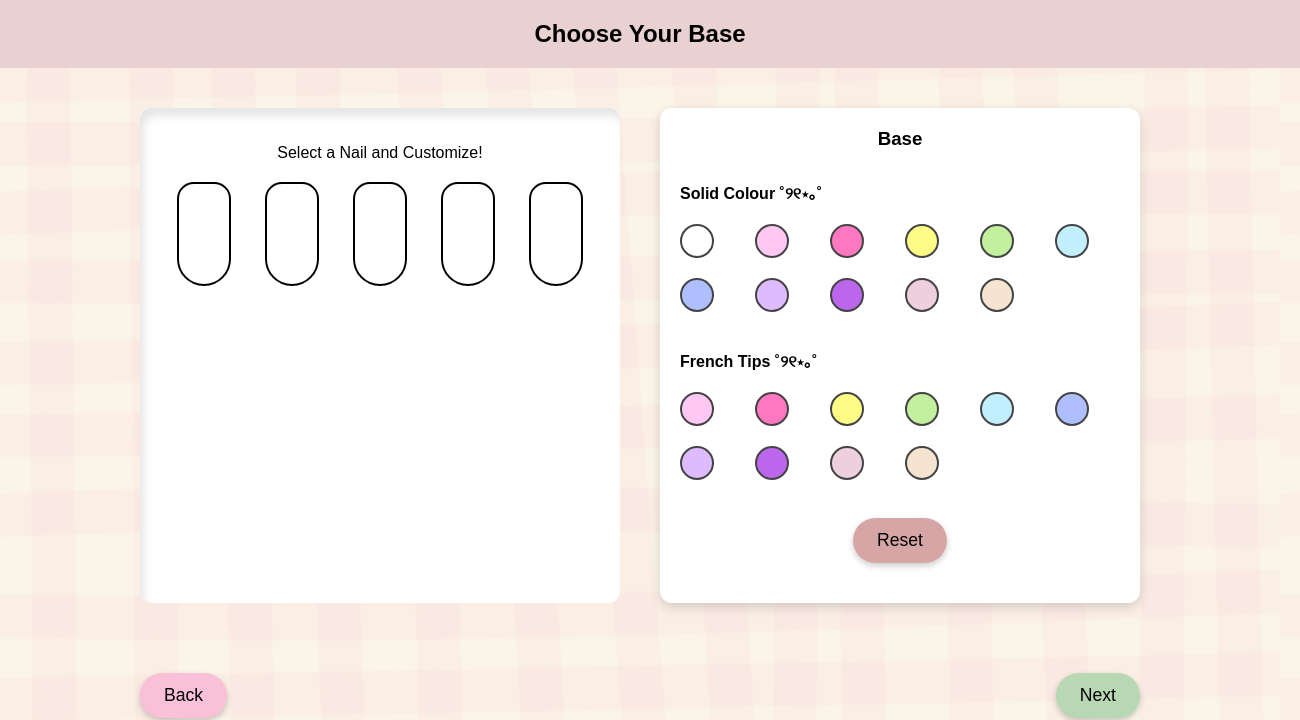
Repository: amolwalia/Fluidity-Lab
Page: base-paint.html
These files come from the project's save history. The page is drawn as it stood at one moment and after the next save; the edit follows.
The browser window is 1280 px wide. The page is 1300 px wide, so the pictures cover 1300 px, including what lies to the right of the window. The pictures show the whole page.

Above is the page before, as saved 2025-05-11 19:18:13.

### base-paint.html
<!DOCTYPE html>
<html lang="en">
  <head>
    <meta charset="UTF-8" />
    <meta name="viewport" content="width=device-width, initial-scale=1.0" />
    <title>Choose Your Base</title>
    <link rel="stylesheet" href="./styles/basepaints.css" />
  </head>
  <body>
    <header>Choose Your Base</header>
    <div class="container">
      <div class="nail-area">
        <p style="text-align: center">Select a Nail and Customize!</p>
        <div class="nails">
          <div class="nail" onclick="selectNail(this)"></div>
          <div class="nail" onclick="selectNail(this)"></div>
          <div class="nail" onclick="selectNail(this)"></div>
          <div class="nail" onclick="selectNail(this)"></div>
          <div class="nail" onclick="selectNail(this)"></div>
        </div>
      </div>
      <div class="palette">
        <h3>Base</h3>
        <strong>Solid Colour ˚୨୧⋆｡˚</strong>
        <div class="colors">
          <div
            class="color"
            style="background: white"
            onclick="setColor('white', false)"
          ></div>
          <div
            class="color"
            style="background: #ffc8f4"
            onclick="setColor('#ffc8f4', false)"
          ></div>
          <div
            class="color"
            style="background: #ff77c0"
            onclick="setColor('#ff77c0', false)"
          ></div>
          <div
            class="color"
            style="background: #fefc85"
            onclick="setColor('#fefc85', false)"
          ></div>
          <div
            class="color"
            style="background: #c2f09f"
            onclick="setColor('#c2f09f', false)"
          ></div>
          <div
            class="color"
            style="background: #c2efff"
            onclick="setColor('#c2efff', false)"
          ></div>
        </div>
        <div class="colors">
          <div
            class="color"
            style="background: #aebeff"
            onclick="setColor('#AEBEFF', false)"
          ></div>
          <div
            class="color"
            style="background: #debaff"
            onclick="setColor('#DEBAFF', false)"
          ></div>
          <div
            class="color"
            style="background: #bb66ec"
            onclick="setColor('#BB66EC', false)"
          ></div>
          <div
            class="color"
            style="background: #eecfdd"
            onclick="setColor('#EECFDD', false)"
          ></div>
          <div
            class="color"
            style="background: #f5e4d0"
            onclick="setColor('#F5E4D0', false)"
          ></div>
        </div>
        <br />
        <br />
        <strong class="french">French Tips ˚୨୧⋆｡˚</strong>
        <div class="colors">
          <div
            class="color"
            style="background: #ffc8f4"
            onclick="setColor('#ffc8f4', true)"
          ></div>
          <div
            class="color"
            style="background: #ff77c0"
            onclick="setColor('#ff77c0', true)"
          ></div>
          <div
            class="color"
            style="background: #fefc85"
            onclick="setColor('#fefc85', true)"
          ></div>
          <div
            class="color"
            style="background: #c2f09f"
            onclick="setColor('#c2f09f', true)"
          ></div>
          <div
            class="color"
            style="background: #c2efff"
            onclick="setColor('#c2efff', true)"
          ></div>
          <div
            class="color"
            style="background: #aebeff"
            onclick="setColor('#AEBEFF', true)"
          ></div>
        </div>
        <div class="colors">
          <div
            class="color"
            style="background: #debaff"
            onclick="setColor('#DEBAFF', true)"
          ></div>
          <div
            class="color"
            style="background: #bb66ec"
            onclick="setColor('#BB66EC', true)"
          ></div>
          <div
            class="color"
            style="background: #eecfdd"
            onclick="setColor('#EECFDD', true)"
          ></div>
          <div
            class="color"
            style="background: #f5e4d0"
            onclick="setColor('#F5E4D0', true)"
          ></div>
        </div>
        <br />
        <button class="btn btn-brown" onclick="resetColors()">Reset</button>
      </div>
    </div>
    <div class="btn-row">
      <button class="btn btn-pink" onclick="location.href='index.html'">
        Back
      </button>
      <button class="btn btn-green" onclick="saveNailColorsAndGoNext()">
        Next
      </button>
    </div>
    <script src="./scripts/basepaints.js"></script>
  </body>
</html>

### styles/basepaints.css
body {
  margin: 0;
  font-family: "Quicksand", sans-serif;
  background: url("../media/pink_plaid.png");
  background-size: cover;
  background-blend-mode: multiply;
  background-color: #fbf5e9;
  display: flex;
  flex-direction: column;
  align-items: center;
}
header {
  width: 100%;
  padding: 20px;
  background-color: #e9d1d1;
  text-align: center;
  font-weight: bold;
  font-size: 1.5rem;
}
.container {
  display: flex;
  justify-content: space-between;
  padding: 40px;
  width: 100%;
  max-width: 1000px;
}
.nail-area,
.palette {
  background: #fff;
  border-radius: 12px;
  padding: 20px;
  box-shadow: 0 4px 12px rgba(0, 0, 0, 0.15);

}
.nail-area {
  flex: 1;
  margin-right: 40px;
  box-shadow: inset 4px 8px 8px  rgba(0, 0, 0, 0.1);
}
.palette {
  flex: 1;
}
.nails {
  display: flex;
  justify-content: space-around;
  margin-top: 20px;
}
.nail {
  width: 50px;
  height: 100px;
  border: 2px solid #000;
  border-radius: 25px 25px 40px 40px;
  background: #fff;
  position: relative;
  overflow: hidden;
}

h3 {
  text-align: center;
  margin-top: 0;
  margin-bottom: 30px;

}
strong.custom {
  display: inline-block;
  margin-bottom: 30px;
}

.btn-brown {
    display: block;
    margin: 20px auto;
}


.french {
  margin-bottom: 10px
}

.french-tip-overlay {
  position: absolute;
  top: 0;
  left: 0;
  width: 100%;
  height: 100%;
  pointer-events: none;
  z-index: 50;
  background: none;
}
.french-tip-overlay::before {
  content: "";
  position: absolute;
  top: 0;
  left: 0;
  width: 100%;
  height: 100%;
  background: url("data:[embedded picture, 672 characters]")
    top center / 100% auto no-repeat;
  opacity: 1;
  z-index: 50;
}
.colors {
  display: grid;
  grid-template-columns: repeat(6, 1fr);
  gap: 10px;
  margin-top: 20px;
}
.color {
  width: 30px;
  height: 30px;
  border-radius: 50%;
  cursor: pointer;
  border: 2px solid #444;
}
.btn-row {
  display: flex;
  justify-content: space-between;
  width: 100%;
  max-width: 1000px;
  margin-top: 30px;
}
.btn {
  padding: 12px 24px;
  font-size: 1.1rem;
  background-color: #b7d8b2;
  border: none;
  border-radius: 25px;
  cursor: pointer;
  box-shadow: 0 3px 6px rgba(0, 0, 0, 0.2);
  transition: transform 0.3s ease, box-shadow 0.3s ease;
}
.btn:hover {
  transform: scale(1.05);
  box-shadow: 0 6px 12px rgba(183, 216, 178, 0.6);
}
.btn-pink {
  background-color: #f9c0d7;
}
.btn-green {
  background-color: #b7d8b2;
}
.btn-brown {
  background-color: #d6a5a5;
}

### scripts/basepaints.js
let selectedNail = null;

function selectNail(el) {
  document
    .querySelectorAll(".nail")
    .forEach((nail) => (nail.style.borderColor = "#000"));
  selectedNail = el;
  el.style.borderColor = "deeppink";
}

function setColor(color, isFrenchTip = false) {
  if (selectedNail) {
    selectedNail.style.background = color;
    const existingTip = selectedNail.querySelector(".french-tip-overlay");
    if (existingTip) existingTip.remove();
    if (isFrenchTip) {
      const tip = document.createElement("div");
      tip.className = "french-tip-overlay";
      selectedNail.appendChild(tip);
    }
  }
}

function resetColors() {
  document.querySelectorAll(".nail").forEach((nail) => {
    nail.style.background = "white";
    const tip = nail.querySelector(".french-tip-overlay");
    if (tip) tip.remove();
  });
}

function saveNailColorsAndGoNext() {
  const nails = document.querySelectorAll(".nail");
  const designData = Array.from(nails).map((nail) => {
    return {
      background: nail.style.background,
      hasTip: !!nail.querySelector(".french-tip-overlay"),
    };
  });
  localStorage.setItem("nailDesignData", JSON.stringify(designData));
  location.href = "decorate.html";
}

After the next save:
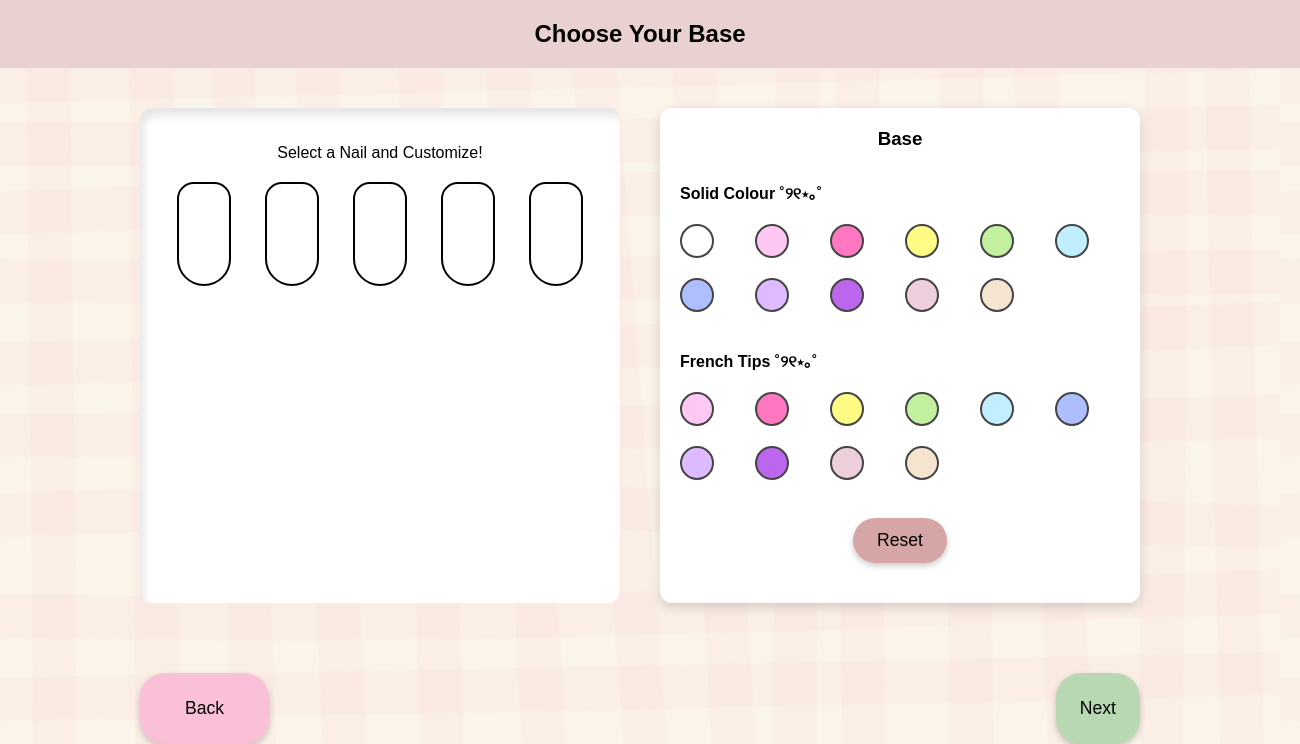
Saved 11 s later.
--- a/styles/basepaints.css
+++ b/styles/basepaints.css
@@ -134,6 +134,7 @@ strong.custom {
 }
 .btn-pink {
   background-color: #f9c0d7;
+  padding: 25px 45px;
 }
 .btn-green {
   background-color: #b7d8b2;
